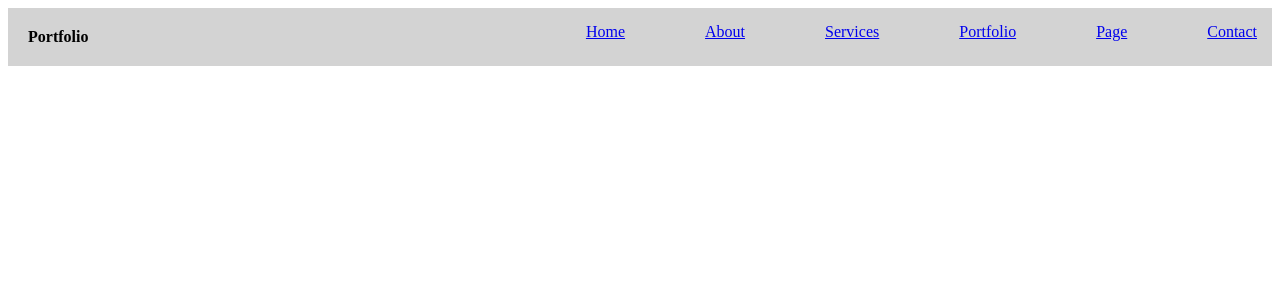
Repository: Tobby004/bdc_task_1
Page: index.html
The author's editor kept a copy of each file at every save. The page is drawn from the files as they stood at one save, then again after the next save.
The browser window is 1280 px wide. The pictures show the whole page.

Above is the page before, as saved 2023-02-18 23:36:46.

After the next save:
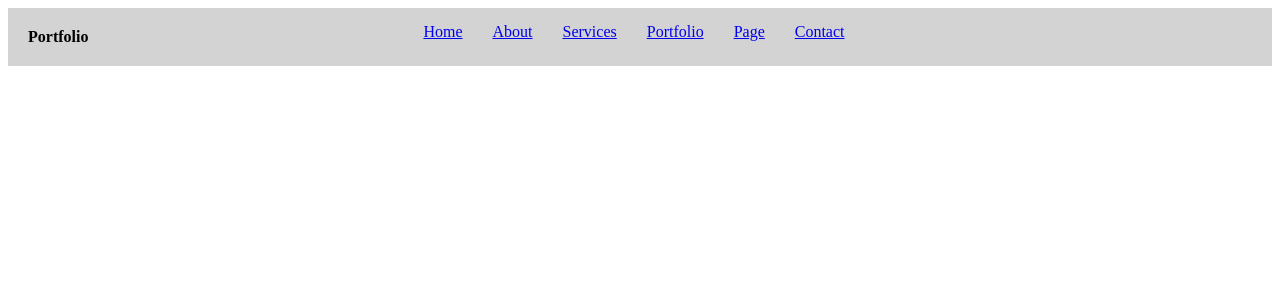
Saved 103 s later.
--- a/task.css
+++ b/task.css
@@ -10,11 +10,10 @@
     display: flex;
     padding: 20px;
     margin-right: 300px;
-    width: 50%;
+
 
 }
 header a {
     padding: 15px;
-    display: flex;
-    margin-left: 50px;
+    display: flexbox;
 }
